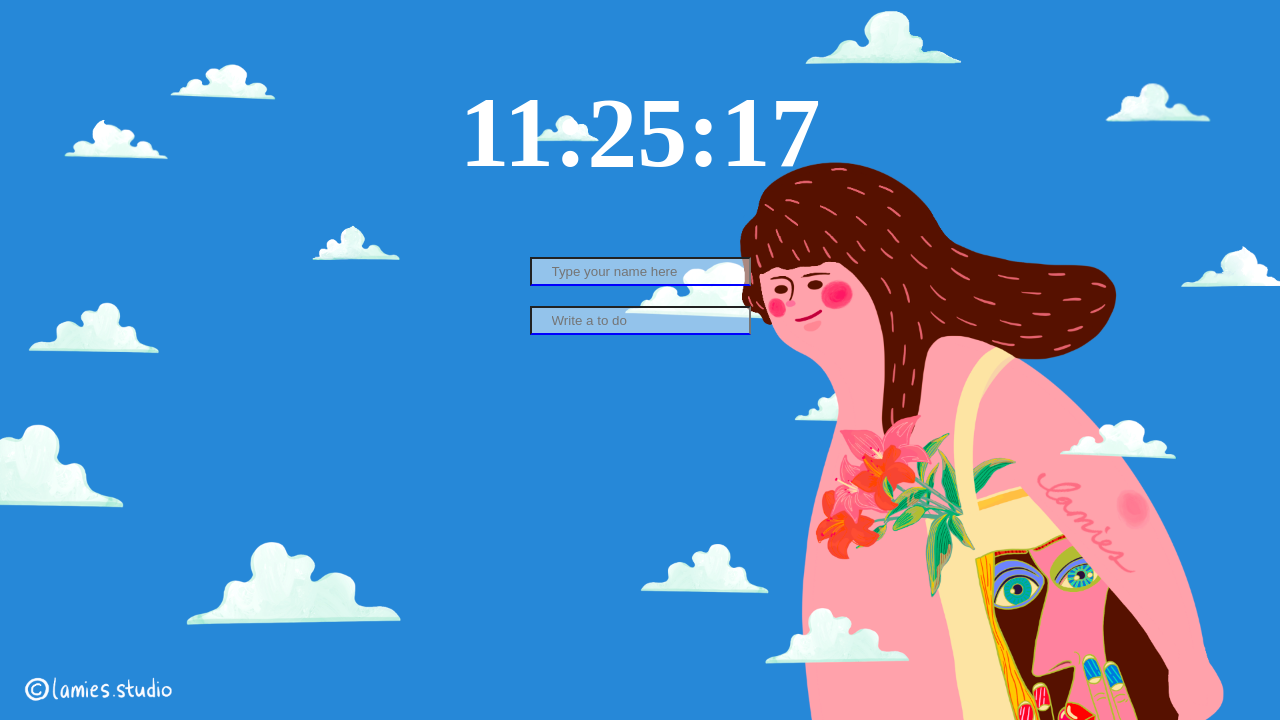
Repository: haleyjung/chrome_app
Page: index.html
These files come from the project's save history. The page is drawn as it stood at one moment and after a run of saves; the edit follows.
The browser window is 1280 px wide. The pictures show the whole page.
Some web fonts or font styles are not loaded; a fallback is used.

Above is the page before, as saved 2020-11-23 15:27:01.

### index.html
<!DOCTYPE html>
<html lang="en">
<head>
    <meta charset="UTF-8" />
    <meta name="viewport" content="width=device-width, initial-scale=1.0">
    <title>Chrome App</title>
    <link rel="stylesheet" href="index.css">
</head>
<body>

    <div class="js-clock">
        <h1>00:00</h1>
    </div>

    <div class="js-name name"></div>

    <div>
        <form class="js-form form">
            <input type="text" placeholder="What is your name?" />
        </form>
    </div>

    <h4 class="js-greetings greetings"></h4>

    <form class="js-toDoForm">
        <input type="text" placeholder="Write a to do" />
    </form>
    <ul class="js-toDoList">
    </ul>
    <span class="js-weather"></span>

    <script src="js/clock.js"></script>
    <script src="js/greeting.js"></script>
    <script src="js/todo.js"></script>
    <script src="js/bg.js"></script>
    <script src="js/weather.js"></script>
</body>

### index.css
@import url("https://fonts.googleapis.com/css2?family=Nerko+One&display=swap");

body {
  background-color: palevioletred;
  color: white;
  display: flex;
  flex-direction: column;
  justify-content: center;
  align-items: center;
  font-family: "Nerko One", cursive;
}

.js-clock {
  display: flex;
  justify-content: center;
  align-items: center;
  font-size: 50px;
}

.js-form,
.js-toDoForm {
  background-color: none;
}

.btn {
  cursor: pointer;
}

input {
  border-bottom: 2px solid blue;
  margin-bottom: 20px;
  background-color: rgba(255, 255, 255, 0.5);
  padding: 5px 20px;
}

.form,
.greetings {
  display: none;
}

.showing {
  display: block;
}

@keyframes fadeIn {
  from {
    opacity: 0;
  }
  to {
    opacity: 1;
  }
}

.bgImage {
  position: absolute;
  top: 0;
  left: 0;
  width: 100%;
  height: 100%;
  z-index: -1;
  animation: fadeIn 0.5s linear;
}

### js/clock.js
const clockContainer = document.querySelector(".js-clock"),
    clockTitle = clockContainer.querySelector("h1");

function getTime() {
    const date = new Date();
    const minutes = date.getMinutes();
    const hours = date.getHours();
    const seconds = date.getSeconds();
    clockTitle.innerText = `${hours < 10 ? `0${hours}` : hours}:${
        minutes < 10 ? `0${minutes}` : minutes
    }:${seconds < 10 ? `0${seconds}` : seconds}`;
}

function init() {
    getTime();
    setInterval(getTime, 1000);
}

init();

### js/greeting.js
const nameContainer = document.querySelector(".js-name");

function paintName(name) {
    nameContainer.innerHTML = "";
    const title = document.createElement("span");
    title.className = "name__text";
    title.innerHTML = `Hello ${name}`;
    nameContainer.appendChild(title);
}

function handleSubmit(event) {
    event.preventDefault();
    const form = event.target;
    const input = form.querySelector("input");
    const value = input.value;
    localStorage.setItem("username", value);
    paintName(value);
}

function paintInput() {
    const input = document.createElement("input");
  input.placeholder = "Type your name here";
  input.type = "text";
  input.className = "name__input";
  const form = document.createElement("form");
  form.addEventListener("submit", handleSubmit);
  form.appendChild(input);
  nameContainer.appendChild(form);
}

function loadName(){
    const name = localStorage.getItem("username");
  if (name === null) {
    paintInput();
  } else {
    paintName(name);
  }
}

function init() {
    loadName();
}

init();

### js/todo.js
const toDoForm = document.querySelector(".js-toDoForm"),
    toDoInput = toDoForm.querySelector("input"),
    toDoList = document.querySelector(".js-toDoList");

const TODOS_LS = 'toDos';

let toDos = [];

function deleteToDo(event){
    const btn = event.target;
    const li = btn.parentNode;
    toDoList.removeChild(li);
    const cleanToDos = toDos.filter(function(toDo){
        return toDo.id !== parseInt(li.id);
    });
    toDos = cleanToDos
    saveToDos();
}

function saveToDos(){
    localStorage.setItem(TODOS_LS, JSON.stringify(toDos));
}

function paintToDo(text){
    const li = document.createElement("li");
    const delBtn = document.createElement("button");
    const span = document.createElement("span");
    const newId = toDos.length + 1;
    delBtn.innerText = "❌";
    delBtn.addEventListener("click", deleteToDo);
    span.innerText = text;
    li.appendChild(delBtn);
    li.appendChild(span);
    li.id = newId;
    toDoList.appendChild(li);
    const toDoObj = {
        text: text,
        id: newId
    };
    toDos.push(toDoObj);
    saveToDos();
}

function handleSubmit(event){
    event.preventDefault();
    const currentValue = toDoInput.value;
    paintToDo(currentValue);
    toDoInput.value = "";
}

function loadToDos() {
    const loadedToDos = localStorage.getItem(TODOS_LS);
    if(loadedToDos !== null){
        const parsedToDos = JSON.parse(loadedToDos);
        parsedToDos.forEach(function(toDo){
            paintToDo(toDo.text);
        });
    }
}

function init() {
    loadToDos();
    toDoForm.addEventListener("submit", handleSubmit)
}

init();

### js/bg.js
const body = document.querySelector("body");

const IMG_NUMBER = 4;

// If loading images from API, include the functions in these comments:
// function handleImgLoad(){
//     console.log('finished loading');
// }

function paintImage(imgNumber){
    const image = new Image();
    image.src = `/img/lamiesstudio-${imgNumber + 1}.png`;
    image.classList.add('bgImage');
    body.prepend(image);
    // image.addEventListener("loadend", handleImgLoad);
}

function genRandom(){
    const number = Math.floor(Math.random() * IMG_NUMBER);
    return number;
}

function init(){
    const randomNumber = genRandom();
    paintImage(randomNumber)
}

init();

### js/weather.js
const weather = document.querySelector(".js-weather");

const API_KEY = "1706261ffc689a5d0ffe73f0d2f8a925";
const COORDS = "coords";

function getWeather(lat, lng){
    fetch(`https://api.openweathermap.org/data/2.5/weather?lat=${lat}&lon=${lng}&appid=${API_KEY}&units=metric`
    ).then(function(response){
        return response.json();
    })
        .then(function(json){
        const temperature = json.main.temp;
        const place = json.name;
        weather.innerText = `${temperature} @ ${place}`;
    });
}

function saveCoords(coordsObj){
    localStorage.setItem(COORDS, JSON.stringify(coordsObj));
}

function handleGeoSuccess(position){
    const latitude = position.coords.latitude;
    const longitude = position.coords.longitude;
    const coordsObj = {
        latitude,
        longitude
    };
    saveCoords(coordsObj);
    getWeather(latitude, longitude);
}

function handleGeoError(){
    console.log('Cant access geo location');
}

function askForCoords(){
    navigator.geolocation.getCurrentPosition(handleGeoSuccess, handleGeoError);
}

function loadCoords(){
    const loadedCoords = localStorage.getItem(COORDS);
    if(loadedCoords === null){
        askForCoords();
    } else {
        const parsedCoords = JSON.parse(loadedCoords);
        getWeather(parsedCoords.latitude, parsedCoords.longitude);
    }
}

function init(){
    loadCoords();
}

init();

After the next 2 saves:
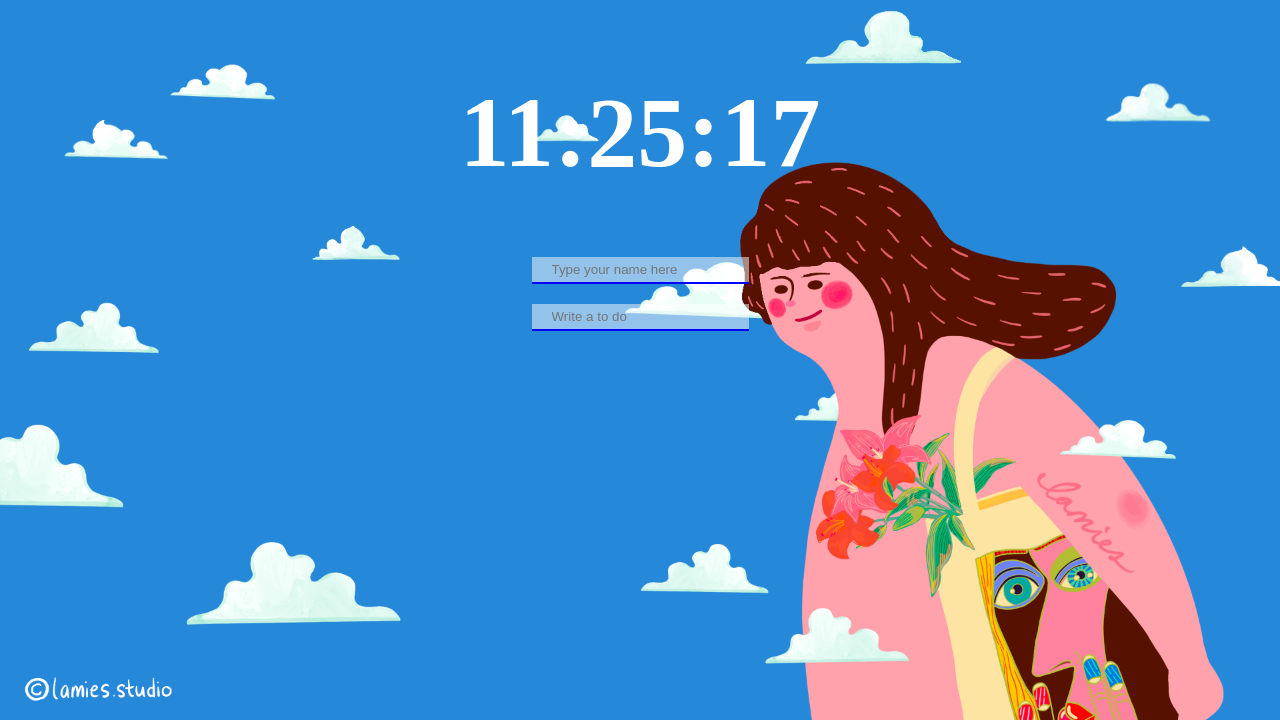
The 2 saves are shown as one change because they came seconds apart.
The last was saved 7 s later.
--- a/index.css
+++ b/index.css
@@ -27,6 +27,8 @@ body {
 }
 
 input {
+  border: none;
+  outline: none;
   border-bottom: 2px solid blue;
   margin-bottom: 20px;
   background-color: rgba(255, 255, 255, 0.5);
